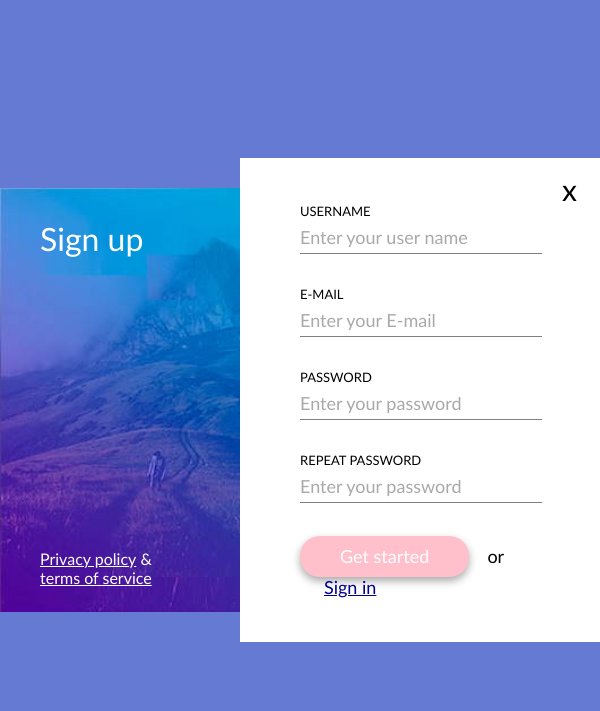
Repository: RugileG/registracijos-forma
Page: index.html
An editor plug-in stored every save of this project. The page is shown before and after the next save, followed by the edit.
The browser window is 600 px wide. The pictures show the whole page.

Above is the page before, as saved 2021-05-19 10:40:49.

### index.html
<!DOCTYPE html>
<html lang="en">
<head>
    <meta charset="UTF-8">
    <meta http-equiv="X-UA-Compatible" content="IE=edge">
    <meta name="viewport" content="width=device-width, initial-scale=1.0">
    <title>Registracija</title>
    <style>

        html {
            height: 100%;
        }

        body {
            max-width: 800px;
            min-height: 100%;
            margin: 0 auto;
            position: relative;
            background-color: #657AD3;
            font: normal normal normal 16px/19px Gill Sans MT;
        }

        .container {
            width: 100%;
            position: absolute;
            top: 50%;
            transform: translateY(-50%);
        }

        .left-column, .right-column {
            float:left;
            height: 484px;
        }

        .left-column {
            width: 40%;
            background-color: transparent;
        }

        .right-column {
            width: 60%;
            background-color: #FFFFFF ;
            position: relative;
        }

        .left-column-container {
            display: block;
            height: 424px;
            background-color: red;
            margin-top: 30px;
            background: transparent url('img/mountain.png') 0% 0% no-repeat padding-box;
            background-size: cover;
            padding-left: 40px;
            position:relative;
        }

        .right-column-container {
            padding-left: 60px;
            padding-top: 46px;
            padding-right: 60px;
            padding-bottom: 46px;
        }

        h1 {
            font: normal normal normal 32px/37px Gill Sans MT;
            color: #FFFFFF;
            margin: 0;
            padding-top: 32px;
        }

        .left-column p, .left-column a {
            display: inline-block;
            font: normal normal normal 16px/19px Gill Sans MT;
            color: #FFFFFF;
            margin: 0;
        }

        .right-column p {
            display: inline-block;
            font: normal normal normal 18px/21px Gill Sans MT;
            color: #000000;
            margin: 0;
            padding-left: 14px ;
        }

        .right-column a {
            display: inline-block;
            font: normal normal normal 18px/21px Gill Sans MT;
            color: #00008B;
            padding-left: 24px ;
            margin: 0;
        }

        .links {
            position: absolute;
            bottom: 25px;
        }

        label {
            display:block;
            font: normal normal normal 13px/15px Gill Sans MT;
            color: #000000;
            padding-bottom:12px;
        }


        .input {
            margin-bottom: 33px;
        }

        input {
            display: block;
            border: none;
            width: 100%;
            padding-left: 0;
            padding-bottom: 6px;
            border-bottom: 1px solid #808080;
        }

        input:focus {
            border: none;
            outline: none;
            border-bottom: 1px solid #808080;
        }

        ::-webkit-input-placeholder {
            font: normal normal normal 18px/21px Gill Sans MT;
            color: #A9A9A9;
        }

        .btn {
            font: normal normal normal 18px/21px Gill Sans MT;
            color: #FFFFFF;
            background-color: #FFC0CB;
            border-radius: 20px;
            padding-left: 40px;
            padding-right:40px;
            padding-top: 10px;
            padding-bottom: 10px;
            border: none;
            box-shadow: 0 4px 8px darkgray;
        }

        .btn:hover {
            cursor:pointer;
            box-shadow: 0 4px 8px grey;
        }

        .close {
            font: normal normal normal 30px/35px Gill Sans MT;
            color: #000000;
            position:absolute;
            top: 14px;
            right: 23px;
        }

        .close:hover {
            color:#00008B;
        }

        @media screen and (max-width: 664px) {
            .left-column-container {

            }
        }

    </style>
</head>
<body>
    <div class='container'>
        <div class='left-column'>
            <div class='left-column-container'>
                <h1>Sign up</h1>

                <div class='links'>
                    <a href='#'>Privacy policy</a>
                    <p>&</p>
                    <a href='#'>terms of service</a>
                </div>
            </div>
        </div>
        <div class='right-column'>
            <div class='right-column-container'>
                <span class='close'>x</span>
                <div class='input'>
                    <label for='username'>USERNAME</label>
                    <input placeholder='Enter your user name' type='text' id='username' name='username' />
                </div>
                <div class='input'>
                    <label for='email'>E-MAIL</label>
                    <input placeholder='Enter your E-mail' type='text' id='email' name='email' />
                </div>
                <div class='input'>
                    <label for='password'>PASSWORD</label>
                    <input placeholder='Enter your password' type='text' id='password' name='password' />
                </div>
                <div class='input'>
                    <label for='repeat_password'>REPEAT PASSWORD</label>
                    <input placeholder='Enter your password' type='text' id='repeat_password' name='repeat_password' />
                </div>

                <div class='right-column-bottom-action'>
                    <button class='btn'>Get started</button>
                    <p>or</p>
                    <a href='#'>Sign in</a>
                </div>
            </div>
        </div>
    </div>
</body>
</html>

After the next save:
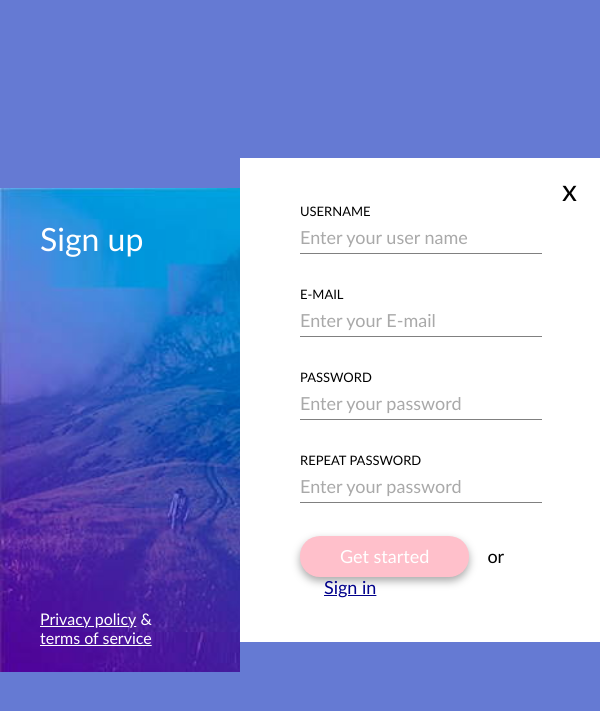
Saved 6 s later.
--- a/index.html
+++ b/index.html
@@ -160,7 +160,7 @@
 
         @media screen and (max-width: 664px) {
             .left-column-container {
-
+                height: 100%
             }
         }
 
